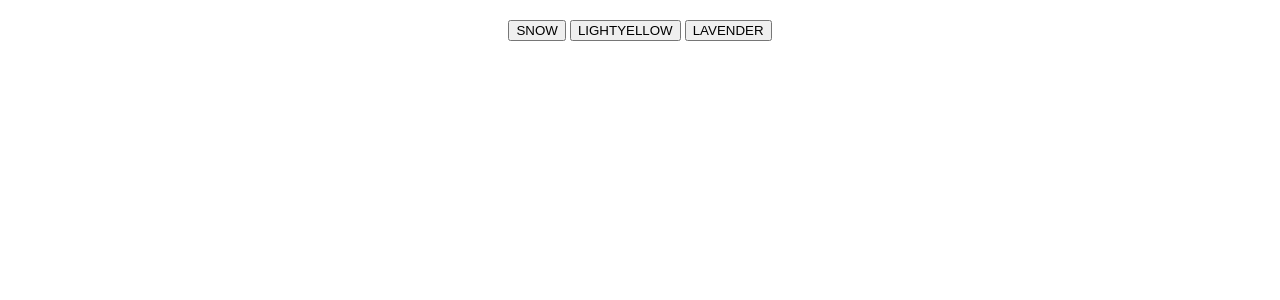
Repository: wjsjsn/23_webstudy
Page: 03_javascript/src/main/webapp/day02/Ex17_event.html
An editor plug-in stored every save of this project. The page is shown before and after a run of saves, followed by the edit.
The browser window is 1280 px wide. The pictures show the whole page.

Above is the page before, as saved 2023-06-28 07:16:05.
Console error: SyntaxError: Invalid left-hand side in assignment

### 03_javascript/src/main/webapp/day02/Ex17_event.html
<!DOCTYPE html>
<html>
<head>
<meta charset="UTF-8">
<title>Insert title here</title>
<script type="text/javascript">
function setSnow() {
	document.getElementById("box1").style.background-color = "snow";
}

function setLightYellow() {
	document.getElementById("box1").style.background-color = "lightyellow" ;
}

function setLavender() {
	document.getElementById("box1").style.background-color = "lavender" ;
}
</script>
<style type="text/css">
.box{
	border: 1px solid white;
	width: 200px;
	height: 200px;
	margin: auto;
	display: none;
	text-align: center;
	line-height: 200px;
}
</style>
</head>
<body>
	<div style="margin: 20px; text-align: center ;">
		<button onclick="setSnow()">SNOW</button>
		<button onclick="setLightYellow()">LIGHTYELLOW</button>
		<button onclick="setLavender()">LAVENDER</button>
	</div>
	<div class="box" id="box1">BOX1</div>
</body>
</html>

After the next 2 saves:
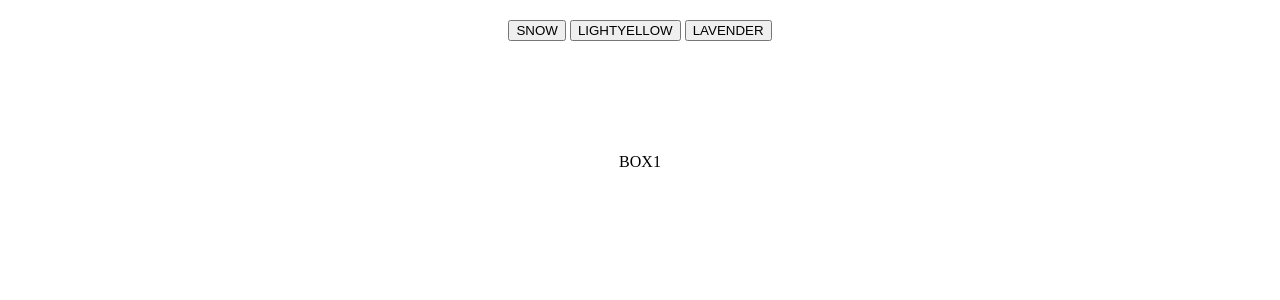
The 2 saves are shown as one change because they came seconds apart.
The last was saved 36 s later.
--- a/03_javascript/src/main/webapp/day02/Ex17_event.html
+++ b/03_javascript/src/main/webapp/day02/Ex17_event.html
@@ -22,7 +22,6 @@ function setLavender() {
 	width: 200px;
 	height: 200px;
 	margin: auto;
-	display: none;
 	text-align: center;
 	line-height: 200px;
 }
